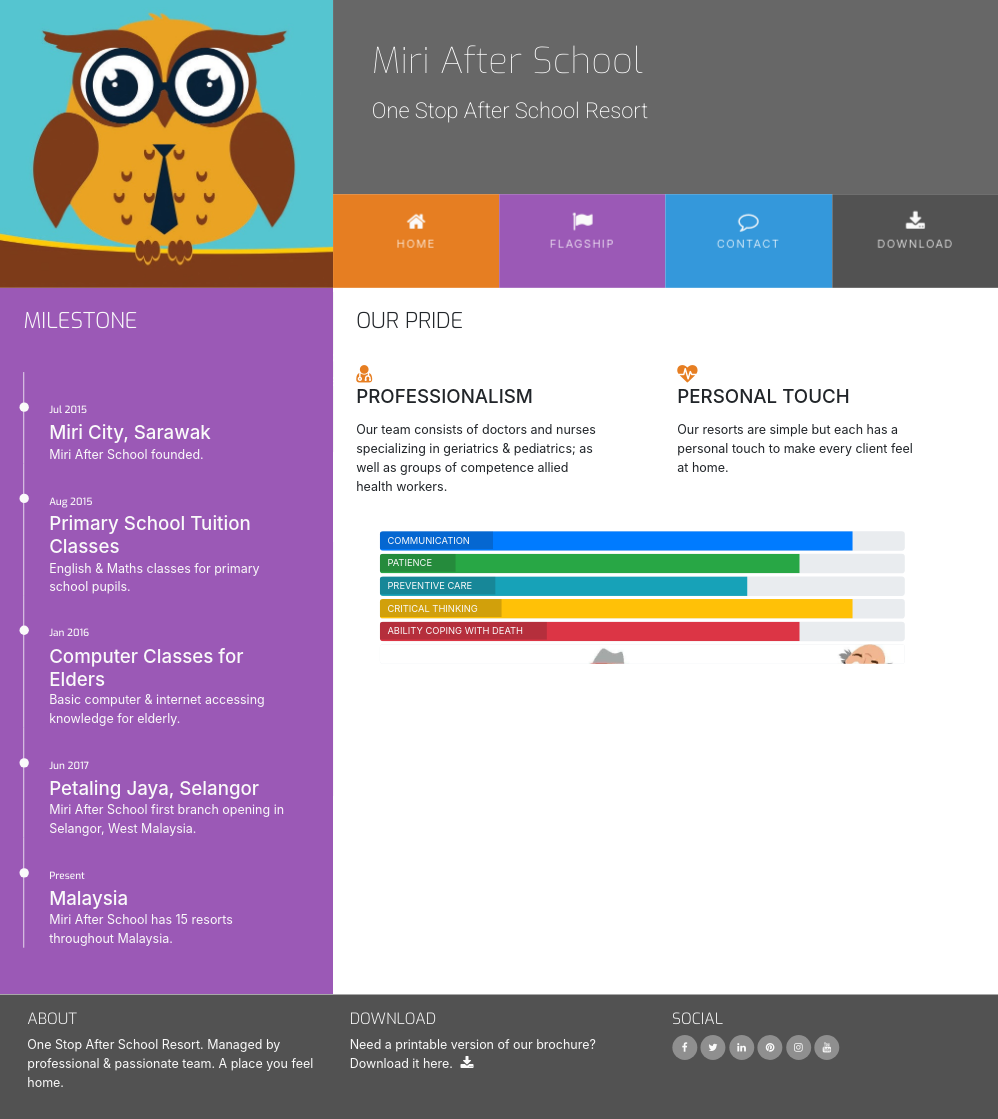
Repository: Code-Institute-Submissions/miri-after-school
Page: flagship.html
The author's editor kept a record of every edit. The page is drawn from the files as they stood at one moment, then again after the next edit.
The browser window is 1280 px wide. The pictures show the whole page, at 78% of full size.

Above is the page before.

### flagship.html
<!DOCTYPE html>
<html lang="en">

<head>
    <meta charset="UTF-8">
    <meta name="viewport" content="width=device-width, initial-scale=1.0">
    <meta http-equiv="X-UA-Compatible" content="ie=edge">
    <link rel="stylesheet" href="https://stackpath.bootstrapcdn.com/bootstrap/4.3.1/css/bootstrap.min.css" type="text/css" />
    <link rel="stylesheet" href="https://stackpath.bootstrapcdn.com/font-awesome/4.7.0/css/font-awesome.min.css" type="text/css" />
    <link rel="stylesheet" href="https://cdnjs.cloudflare.com/ajax/libs/hover.css/2.3.1/css/hover-min.css" type="text/css" />
    <link rel="stylesheet" href="assets/css/style.css" type="text/css" />
    <title>Miri After School</title>
</head>

<body>
    <header>
        <div class="row no-gutters">
            <a href="index.html" class="col-md-4 logo">

            </a>
            <div class="col-md-8">
                <div class="row no-gutters bg-color-name-title">
                    <div class="col heading">
                        <h1 class="name">Miri After School</h1>
                        <h2 class="title">One Stop After School Resort</h2>
                    </div>
                </div>
                <div class="row no-gutters">
                    <div class="col">
                        <ul id="nav" class="list-inline menucontainer">
                            <li class="col-6 col-sm-3 ui-menu-color-home list-inline-item menuitem">
                                <a href="index.html" class="hvr-sweep-to-bottom"><i class="fa fa-home" aria-hidden="true"></i><span>Home</span></a>
                            </li>
                            <li class="col-6 col-sm-3 ui-menu-color-flagship list-inline-item menuitem">
                                <a href="flagship.html" class="hvr-sweep-to-bottom"><i class="fa fa-flag" aria-hidden="true"></i><span>Flagship</span></a>
                            </li>
                            <li class="col-6 col-sm-3 ui-menu-color-contact list-inline-item menuitem">
                                <a href="contact.html" class="hvr-sweep-to-bottom"><i class="fa fa-comment-o" aria-hidden="true"></i><span>Contact</span></a>
                            </li>
                            <li class="col-6 col-sm-3 ui-menu-color-download list-inline-item menuitem">
                                <a href="assets/brochure/infopack.pdf" target="_blank" class="hvr-sweep-to-bottom"><i class="fa fa-download" aria-hidden="true"></i><span>Download</span></a>
                            </li>
                        </ul>
                    </div>
                </div>
            </div>
        </div>
    </header>
    <section class="container-fluid">
        <div class="row">
            <div class="col-md-4 bg-color-milestone section-column">
                <div class="row">
                    <div class="col-12">
                        <h3 class="milestone-heading uppercase">
                            Milestone
                        </h3>
                    </div>
                </div>
                <div class="milestone-items">
                    <div class="timeline-item" data-dates="Jul 2015">
                        <h4>Miri City, Sarawak</h4>
                        <p>Miri After School founded.</p>
                    </div>
                    <div class="timeline-item" data-dates="Aug 2015">
                        <h4>Primary School Tuition Classes</h4>
                        <p>English & Maths classes for primary school pupils.</p>
                    </div>
                    <div class="timeline-item" data-dates="Jan 2016">
                        <h4>Computer Classes for Elders</h4>
                        <p>Basic computer & internet accessing knowledge for elderly.</p>
                    </div>
                    <div class="timeline-item" data-dates="Jun 2017">
                        <h4>Petaling Jaya, Selangor</h4>
                        <p>Miri After School first branch opening in Selangor, West Malaysia.</p>
                    </div>
                    <div class="timeline-item" data-dates="Present">
                        <h4>Malaysia</h4>
                        <p>Miri After School has 15 resorts throughout Malaysia.</p>
                    </div>
                </div>
            </div>
            <div class="col-md-8 bg-color-three-reasons section-column">
                <div class="row">
                    <div class="col">
                        <h3 class="section-heading uppercase">Our Pride</h3>
                    </div>
                </div>
                <div class="row">
                    <div class="col-10 offset-1 offset-sm-0 col-sm-4 col-md-6">
                        <div class="row">
                            <div class="col-3">
                                <i class="three-reasons-icon fa fa-user-md" aria-hidden="true"></i>
                            </div>
                            <div class="col-10">
                                <h4 class="three-reasons-heading uppercase">Professionalism</h4>
                                <p>
                                    Our team consists of doctors and nurses specializing in geriatrics & pediatrics; as well as groups of competence allied health workers.
                                </p>
                            </div>
                        </div>
                    </div>
                    <div class="col-10 offset-1 offset-sm-0 col-sm-4 col-md-6">
                        <div class="row">
                            <div class="col-3">
                                <i class="three-reasons-icon fa fa-heartbeat" aria-hidden="true"></i>
                            </div>
                            <div class="col-10">
                                <h4 class="three-reasons-heading uppercase">Personal Touch</h4>
                                <p>
                                    Our resorts are simple but each has a personal touch to make every client feel at home.
                                </p>
                            </div>
                        </div>
                    </div>
                </div>
                <div class="row progress-section">
                    <div class="col">
                        <div class="progress">
                            <div class="progress-bar" role="progressbar" aria-valuenow="90" aria-valuemin="0" aria-valuemax="100" style="width:90%">
                                <span class="sr-only">90% complete</span>
                            </div>
                            <span class="progress-type">COMMUNICATION</span>
                        </div>
                        <div class="progress">
                            <div class="progress-bar bg-success" role="progressbar" aria-valuenow="80" aria-valuemin="0" aria-valuemax="100" style="width:80%">
                                <span class="sr-only">80% complete</span>
                            </div>
                            <span class="progress-type">PATIENCE</span>
                        </div>
                        <div class="progress">
                            <div class="progress-bar bg-info" role="progressbar" aria-valuenow="70" aria-valuemin="0" aria-valuemax="100" style="width:70%">
                                <span class="sr-only">70% complete</span>
                            </div>
                            <span class="progress-type">PREVENTIVE CARE</span>
                        </div>
                        <div class="progress">
                            <div class="progress-bar bg-warning" role="progressbar" aria-valuenow="90" aria-valuemin="0" aria-valuemax="100" style="width:90%">
                                <span class="sr-only">90% complete</span>
                            </div>
                            <span class="progress-type">CRITICAL THINKING</span>
                        </div>
                        <div class="progress">
                            <div class="progress-bar bg-danger" role="progressbar" aria-valuenow="80" aria-valuemin="0" aria-valuemax="100" style="width:80%">
                                <span class="sr-only">80% complete</span>
                            </div>
                            <span class="progress-type">ABILITY COPING WITH DEATH</span>
                        </div>
                        <div class="progress">
                            <div class="progress-bar picture">
                        </div>
                    </div>
                </div>
                <div class="row progress-section">
                    <div class="col">
                        <a href="flagship.html" class="progress-bar picture">

                        </a>
                    </div>
                </div>
            </div>
        </div>
    </section>
    <footer class="container-fluid">
        <div id="footer-details" class="row">
            <div class="col-sm-4">
                <h5 class="uppercase general-sub">About</h5>
                <p class="inline-block">
                    One Stop After School Resort. Managed by professional & passionate team. A place you feel home.
                </p>
            </div>
            <div class="col-sm-4">
                <h5 class="uppercase general-sub">Download</h5>
                <p class="inline-block">
                    Need a printable version of our brochure? Download it here.
                    <a href="assets/brochure/infopack.pdf" target="_blank" class="cv-pdf">
                        <i class="fa fa-download" aria-hidden="true"></i>
                        <span class="sr-only">Download link.</span>
                    </a>
                </p>
            </div>
            <div class="col-sm-4">
                <h5 class="uppercase general-sub">Social</h5>
                <i class="list-inline social-links">
                    <li class="list-inline-item">
                        <a target="_blank" href="#">
                            <i class="fa fa-facebook" aria-hidden="true"></i>
                <span class="sr-only">Facebook</span>
                </a>
                </li>
                <li class="list-inline-item">
                    <a target="_blank" href="#">
                            <i class="fa fa-twitter" aria-hidden="true"></i>
                            <span class="sr-only">Twitter</span>
                        </a>
                </li>
                <li class="list-inline-item">
                    <a target="_blank" href="#">
                            <i class="fa fa-linkedin" aria-hidden="true"></i>
                            <span class="sr-only">LinkedIn</span>
                        </a>
                </li>
                <li class="list-inline-item">
                    <a target="_blank" href="#">
                            <i class="fa fa-pinterest" aria-hidden="true"></i>
                            <span class="sr-only">Pinterest</span>
                        </a>
                </li>
                <li class="list-inline-item">
                    <a target="_blank" href="#">
                            <i class="fa fa-instagram" aria-hidden="true"></i>
                            <span class="sr-only">Instagram</span>
                        </a>
                </li>
                <li class="list-inline-item">
                    <a target="_blank" href="#">
                            <i class="fa fa-youtube" aria-hidden="true"></i>
                            <span class="sr-only">YouTube</span>
                        </a>
                </li>
                </i>
            </div>
        </div>

    </footer>
</body>

</html>

### assets/css/style.css
@import url('https://fonts.googleapis.com/css?family=Roboto:100,200,300,400,500,600,700|Exo:100,200,300,400,500,600,700');

/* ------------------------------------Colours */

.bg-color-name-title {
    background-color: #676767;
}

.bg-color-three-reasons {
    background-color: #fff;
}

.bg-color-company-info {
    background-color: #e67e22;
}

.bg-color-milestone {
    background-color: #9b59b6;
}

.bg-color-contact {
    background-color: #fff;
}

.ui-menu-color-home {
    background-color: #e67e22;
}

.ui-menu-color-flagship {
    background-color: #9b59b6;
}

.ui-menu-color-contact {
    background-color: #3498db;
}

.ui-menu-color-download {
    background-color: #525252;
}

/* ------------------------------------Special paddings/margins/text */

h1,
h2,
h3,
h4 {
    margin: 0;
}

.uppercase {
    text-transform: uppercase;
}

.general-sub {
    font-family: "Exo", sans-serif;
    font-weight: 300;
    color: #fafafa;
}

.inline-block {
    display: inline-block;
}

.row-table {
    display: table;
}

.section-column {
    display: table-cell;
    padding: 0 30px 30px;
    float: none;
}

.company-info-heading,
.milestone-heading,
.section-heading {
    font-family: "Exo", sans-serif;
    font-weight: 300;
    margin-top: 25px;
    margin-bottom: 40px;
}

/* ------------------------------------Heading */

header {
    margin: 0;
}

.heading {
    margin-left: 50px;
}

.logo {
    background: url("../images/MAS.jpg");
    background-position: center;
    background-repeat: no-repeat;
    background-size: cover;
    min-height: 360px;
    transition: all .5s ease-in-out;
    -moz-transition: all .5s ease-in-out;
    -webkit-transition: all .5s ease-in-out;
}

.name {
    font-family: "Exo", sans-serif;
    font-weight: 100;
    font-size: 46px;
    margin-top: 50px;
    color: #fff;
}

.title {
    font-family: "Roboto", sans-serif;
    font-weight: 200;
    font-size: 28px;
    margin-top: 20px;
    margin-bottom: 90px;
    color: #fff;
}

.list-inline-item:not(:last-child) {
    margin: 0;
}

.menucontainer {
    font-size: 0;
}

#nav {
    margin: 0;
}

#nav li {
    font-size: 14px;
    padding: 0;
}

.menuitem {
    height: 120px;
    text-align: center;
    padding: 0;
}

.menuitem a {
    width: 100%;
    text-decoration: none;
    color: #fff;
    height: 120px;
}

.menuitem a i {
    padding-top: 22px;
    display: block;
    color: #fafafa;
    font-size: 26px;
}

.menuitem span {
    display: block;
    width: 100%;
    padding-top: 5px;
    text-align: center;
    text-transform: uppercase;
    font-size: 14px;
    font-weight: 300;
    letter-spacing: 2px;
}

/* ------------------------------------Hover.css */

.hvr-sweep-to-bottom:before {
    background: rgba(0, 0, 0, 0.2);
    height: 120px;
}

/* ------------------------------------Footer */

footer {
    background-color: #525252;
    color: #fafafa;
    min-height: 120px;
    margin: 0;
}

.cv-pdf i {
    font-size: 18px;
    color: #fafafa;
    text-align: center;
    padding-left: 5px;
    transition: all 0.35s ease-in-out;
    -moz-transition: all 0.35s ease-in-out;
    -webkit-transition: all 0.35s ease-in-out;
    -o-transition: all 0.35s ease-in-out;
}

.cv-pdf i:hover {
    color: #e84610;
}

.social-links {
    padding-bottom: 15px;
}

.social-links li a i {
    width: 32px;
    height: 32px;
    padding: 12px 0;
    border-radius: 50%;
    font-size: 13px;
    line-height: 7px;
    text-align: center;
    color: #fafafa;
    background: #8f8f8f;
    transition: all 0.35s ease-in-out;
    -moz-transition: all 0.35s ease-in-out;
    -webkit-transition: all 0.35s ease-in-out;
    -o-transition: all 0.35s ease-in-out;
}

.social-links li a i:hover {
    background: #e84610;
}

#footer-details {
    padding: 20px;
}

/* ------------------------------------Three reasons */

.three-reasons-icon {
    font-size: 26px;
    color: #e67e22;
}

.three-reasons-heading {
    margin-bottom: 15px;
}

/* ------------------------------------Company info */

.company-info-heading {
    color: #fafafa;
    margin-bottom: 50px;
}

.company-info-item {
    color: #525252;
    margin-bottom: 20px;
    display: block;
    clear: both;
}

.company-info-item .key,
.company-info-item .value {
    padding-right: 8px;
    display: inline-block;
}

.company-info-item .key p,
.company-info-item .value p {
    margin: 0;
}

.company-info-item .key {
    width: 25%;
    margin-right: 21px;
    padding-top: 2px;
    vertical-align: top;
}

.company-info-item .key p {
    font-weight: 700;
}

.company-info-item .value {
    position: relative;
    width: 60%;
}

/* ------------------------------------Skills */

.progress {
    position: relative;
    height: 25px;
    margin-bottom: 4px;
}

.progress-type {
    position: absolute;
    left: 0;
    font-weight: 400;
    padding: 3px 30px 2px 10px;
    color: #fafafa;
    background-color: rgba(25, 25, 25, 0.2);
}

.progress-section {
    margin: 30px 15px;
}

.picture {
    background: url("../images/togetherness.jpg");
    background-repeat: no-repeat;
    min-height: 430px;
    width: 100%;
}

/* ------------------------------------Milestone */

.milestone-heading {
    color: #fafafa;
    margin-bottom: 50px;
}

.timeline-item {
    padding: 4em 2em 0em 2em;
    position: relative;
    color: #fafafa;
    border-left: 1px solid;
}

.timeline-item p {
    padding: 0;
    margin: 0;
}

.timeline-item:before {
    content: attr(data-dates);
    position: absolute;
    left: 2.5em;
    top: 3em;
    display: block;
    font-family: "Exo", sans-serif;
    font-weight: 500;
    font-size: 0.8em;
    padding: 0;
    margin: 0;
}

.timeline-item:after {
    width: 12px;
    height: 12px;
    display: block;
    top: 2.4em;
    position: absolute;
    left: -6px;
    border-radius: 12px;
    content: '';
    background: #fafafa;
}

.milestone-items {
    margin-bottom: 30px;
}

/* ------------------------------------Contact form */

.contact-heading {
    font-family: "Exo", sans-serif;
    font-weight: 300;
    margin-top: 25px;
    margin-bottom: 20px;
}

.center-form {
    padding-top: 10px;
    margin: 0 auto;
    max-width: 70%;
}

button[type="submit"] {
    margin-top: 10px;
    margin-bottom: 20px;
    color: #fafafa;
    background-color: #e84610;
}

/* ------------------------------------Media queries */

@media(min-width: 992px) {
    .center-form {
        padding-top: 30px;
        min-height: 240px;
        margin: 0 auto;
        max-width: 50%;
    }
}

After the next edit:
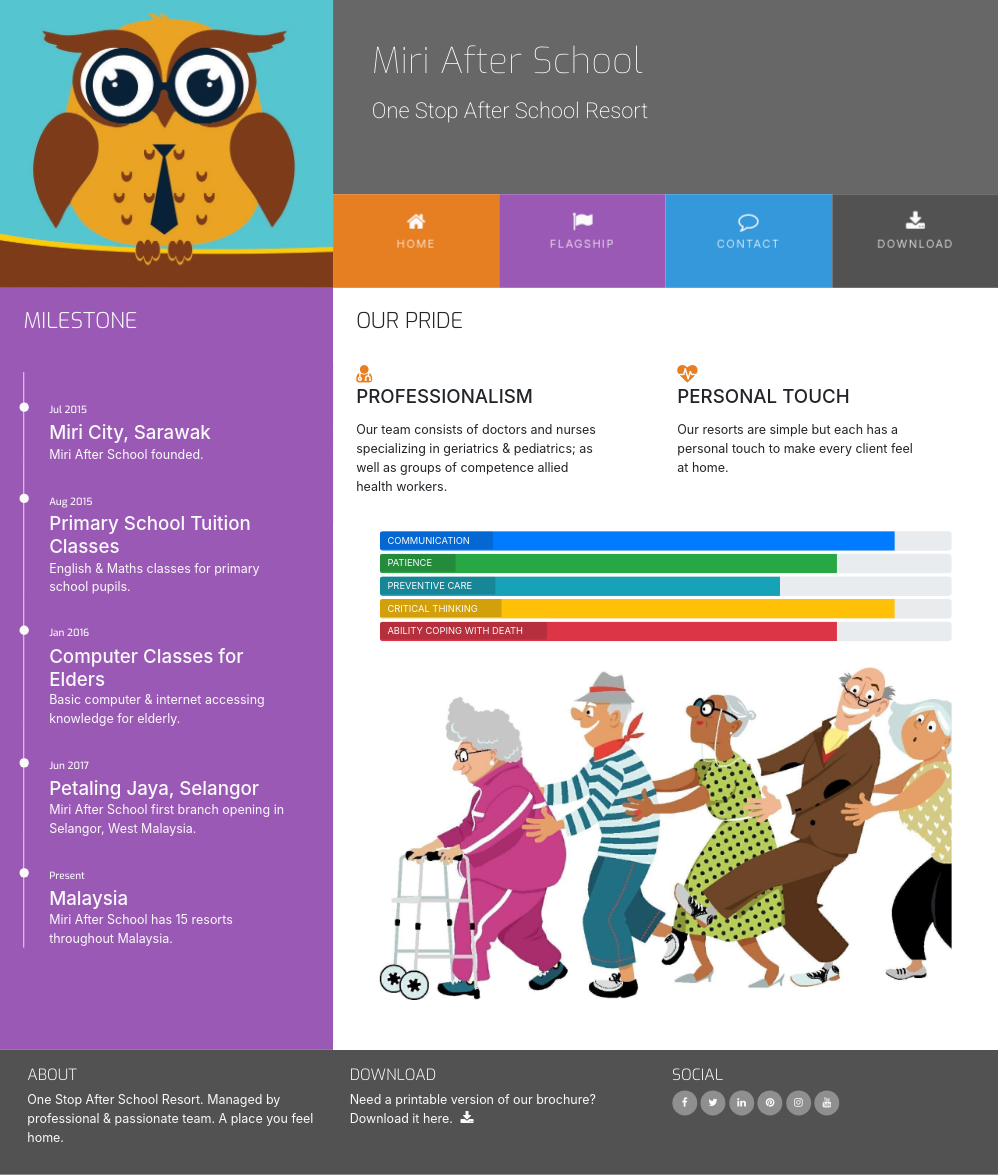
The edit:
--- a/flagship.html
+++ b/flagship.html
@@ -145,9 +145,6 @@
                             </div>
                             <span class="progress-type">ABILITY COPING WITH DEATH</span>
                         </div>
-                        <div class="progress">
-                            <div class="progress-bar picture">
-                        </div>
                     </div>
                 </div>
                 <div class="row progress-section">
